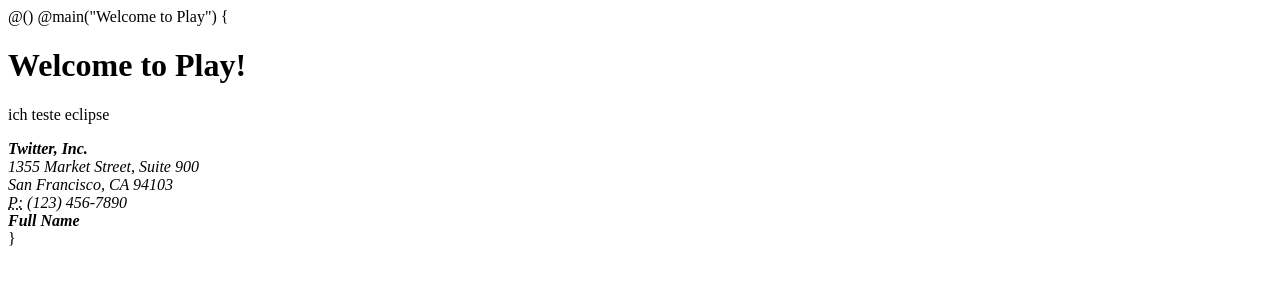
Repository: Avinukas/InTime
Page: intime/app/views/index.scala.html
An editor plug-in stored every save of this project. The page is shown before and after the next save, followed by the edit.
The browser window is 1280 px wide. The pictures show the whole page.

Above is the page before, as saved 2018-05-16 13:16:39.

### intime/app/views/index.scala.html
@()

@main("Welcome to Play") {
  <h1>Welcome to Play!</h1>
  <p>ich teste eclipse</p>

  <address>
  <strong>Twitter, Inc.</strong><br>
  1355 Market Street, Suite 900<br>
  San Francisco, CA 94103<br>
  <abbr title="Phone">P:</abbr> (123) 456-7890
</address>

<address>
  <strong>Full Name</strong><br>

</address>
}

After the next save:
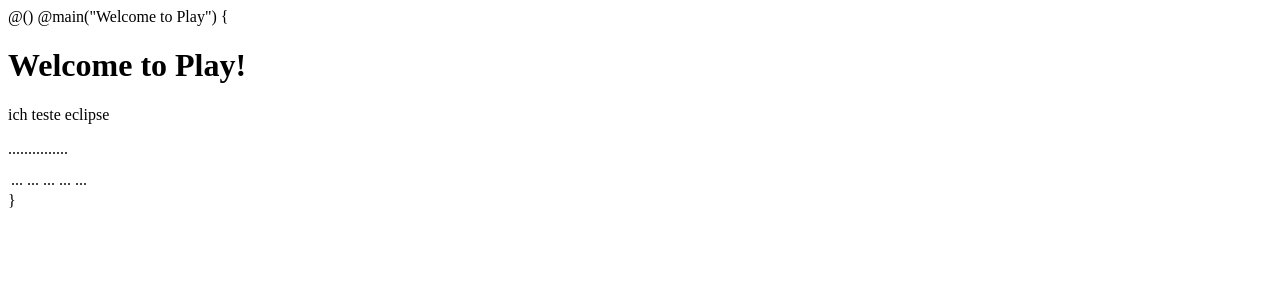
Saved 90 s later.
--- a/intime/app/views/index.scala.html
+++ b/intime/app/views/index.scala.html
@@ -4,15 +4,21 @@
   <h1>Welcome to Play!</h1>
   <p>ich teste eclipse</p>
 
-  <address>
-  <strong>Twitter, Inc.</strong><br>
-  1355 Market Street, Suite 900<br>
-  San Francisco, CA 94103<br>
-  <abbr title="Phone">P:</abbr> (123) 456-7890
-</address>
+ <table class="table table-striped">
+ <!-- On rows -->
+<tr class="active">...</tr>
+<tr class="success">...</tr>
+<tr class="warning">...</tr>
+<tr class="danger">...</tr>
+<tr class="info">...</tr>
 
-<address>
-  <strong>Full Name</strong><br>
-
-</address>
+<!-- On cells (`td` or `th`) -->
+<tr>
+  <td class="active">...</td>
+  <td class="success">...</td>
+  <td class="warning">...</td>
+  <td class="danger">...</td>
+  <td class="info">...</td>
+</tr>
+</table>
 }
